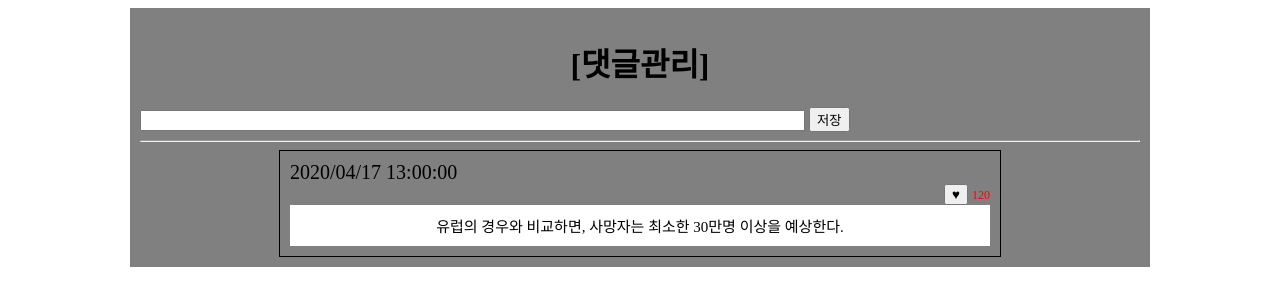
Repository: odasd/Ark-html
Page: 20200417/ex20200417-2/WebContent/ex01.html
An editor plug-in stored every save of this project. The page is shown before and after the next save, followed by the edit.
The browser window is 1280 px wide. The pictures show the whole page.
Some web libraries are served in a nearby version.

Above is the page before, as saved 2020-04-17 05:45:07.

After the next save:
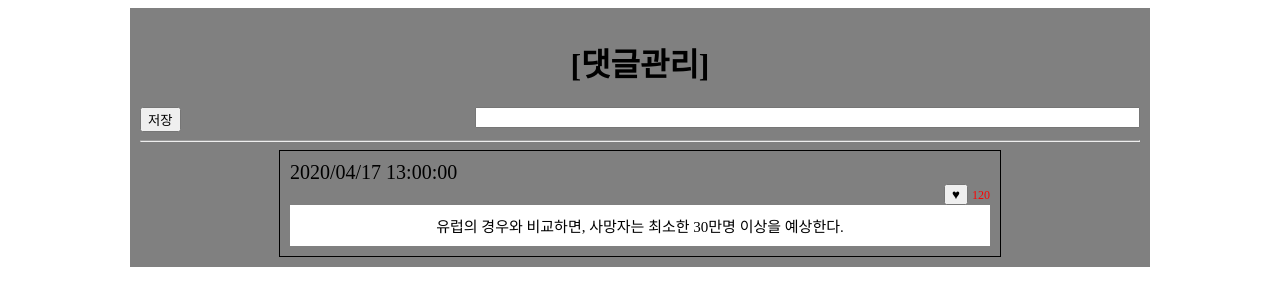
Saved 13 s later.
--- a/20200417/ex20200417-2/WebContent/ex01.html
+++ b/20200417/ex20200417-2/WebContent/ex01.html
@@ -15,7 +15,7 @@
 		.title {overflow:hidden;}
 		#btninsert {float:center;}
 		.like {text-align:right;}
-		#content {margin:auto;}
+		#content {float:right;}
 	</style>
 </head>
 <body>

After the save that followed:
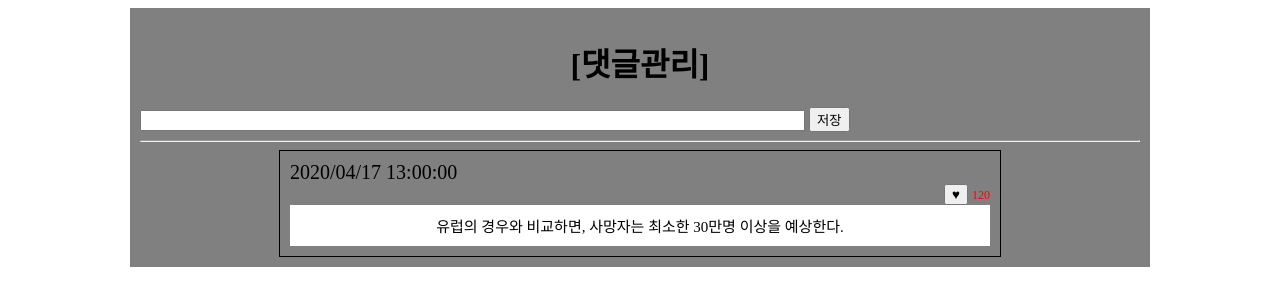
Saved 7 s later.
--- a/20200417/ex20200417-2/WebContent/ex01.html
+++ b/20200417/ex20200417-2/WebContent/ex01.html
@@ -15,7 +15,7 @@
 		.title {overflow:hidden;}
 		#btninsert {float:center;}
 		.like {text-align:right;}
-		#content {float:right;}
+		#content {float:center;}
 	</style>
 </head>
 <body>
